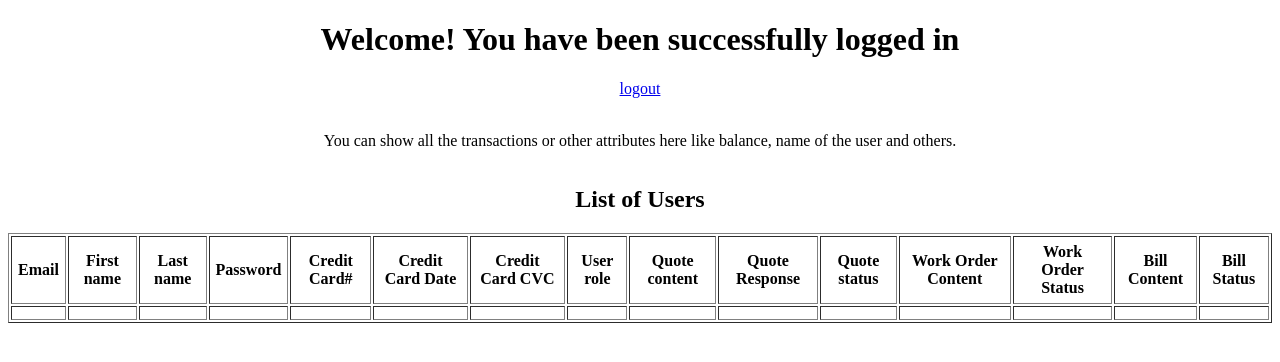
Repository: jacknishanian/Database-project
Page: http://localhost/database/activitypage.jsp
An editor plug-in stored every save of this project. The page is shown before and after the next save, followed by the edit.
The browser window is 1280 px wide. The pictures show the whole page.
The page is served by Tomcat 9. Other server files are loaded and not shown.

Above is the page before, as saved 2023-10-18 02:15:05.

### database/WebContent/activitypage.jsp
<%@ page language="java" contentType="text/html; charset=ISO-8859-1"
    pageEncoding="ISO-8859-1"%>
<%@ taglib uri="http://java.sun.com/jsp/jstl/core" prefix="c" %>

<!DOCTYPE html>
<html>
<head>
<meta charset="ISO-8859-1">
<title>Activity page</title>
</head>

<center><h1>Welcome! You have been successfully logged in</h1> </center>


	<body>
	 <center>
		 <a href="login.jsp"target ="_self" > logout</a><br><br>
		 <p> You can show all the transactions or other attributes here like balance, name of the user and others.</p>


		 <table border="1" cellpadding="6">
            <caption><h2>List of Users</h2></caption>
            <tr>
                <th>Email</th>
                <th>First name</th>
                <th>Last name</th>
                <th>Password</th>
                <th>Credit Card#</th>
                <th>Credit Card Date</th>
                <th>Credit Card CVC</th>
                <th>User role</th>
                <th>Quote content</th>
                <th>Quote Response</th>
                <th>Quote status</th>
                <th>Work Order Content</th>
                <th>Work Order Status</th>
                <th>Bill Content</th>
                <th>Bill Status</th>

            </tr>

                <tr style="text-align:center">
                    <td><c:out value="${user.email}" /></td>
                    <td><c:out value="${user.firstName}" /></td>
                    <td><c:out value="${user.lastName}" /></td>
                    <td><c:out value="${user.password}" /></td>
                    <td><c:out value="${user.card_num}" /></td>
                    <td><c:out value="${user.card_date}" /></td>
                    <td><c:out value="${user.card_cvc}" /></td>
                    <td><c:out value="${user.role}" /></td>
                    <td><c:out value="${user.quotes_content}" /></td>
                    <td><c:out value="${user.quotes_response}"/></td>
                    <td><c:out value="${user.quotes_status}" /></td>
                    <td><c:out value="${user.work_order_content}" /></td>
                    <td><c:out value="${user.work_order_status}" /></td>
                    <td><c:out value="${user.bill_of_work_content}"/></td>
                    <td><c:out value="${user.bill_of_work_status}" /></td>


        </table>

		 </center>
	</body>
</html>

After the next save:
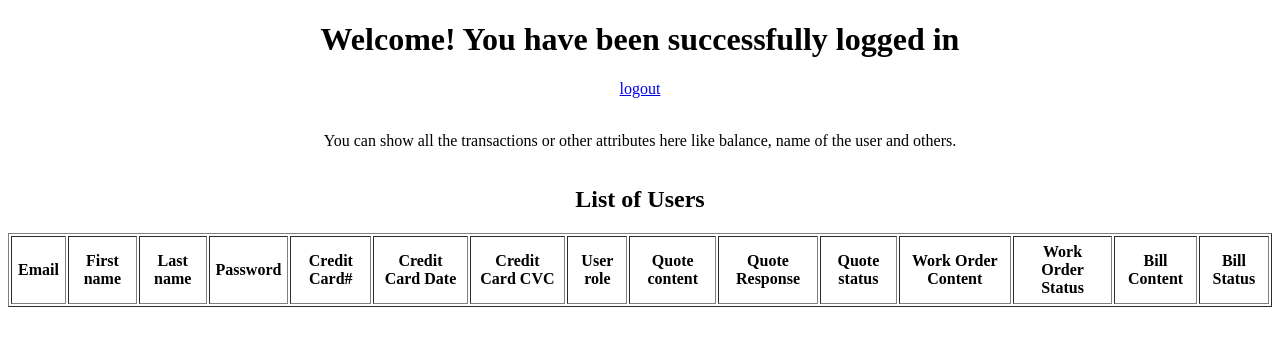
Saved 2 min 5 s later.
--- a/database/WebContent/activitypage.jsp
+++ b/database/WebContent/activitypage.jsp
@@ -39,6 +39,7 @@
 
             </tr>
 
+                <c:forEach var="user" items="${listUser}">
                 <tr style="text-align:center">
                     <td><c:out value="${user.email}" /></td>
                     <td><c:out value="${user.firstName}" /></td>
@@ -56,6 +57,7 @@
                     <td><c:out value="${user.bill_of_work_content}"/></td>
                     <td><c:out value="${user.bill_of_work_status}" /></td>
 
+            </c:forEach>
 
         </table>
 

After the save that followed:
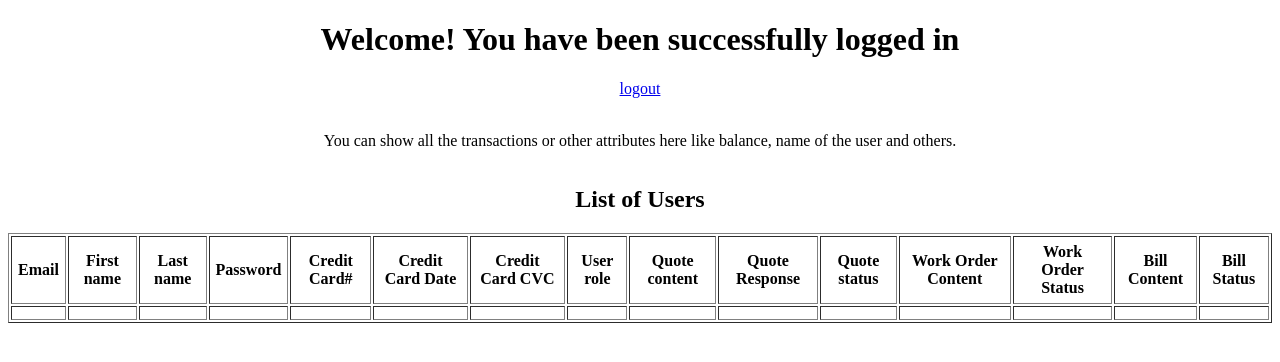
Saved 3 min 11 s later.
--- a/database/WebContent/activitypage.jsp
+++ b/database/WebContent/activitypage.jsp
@@ -38,7 +38,7 @@
                 <th>Bill Status</th>
 
             </tr>
-
+            <%--
                 <c:forEach var="user" items="${listUser}">
                 <tr style="text-align:center">
                     <td><c:out value="${user.email}" /></td>
@@ -58,7 +58,24 @@
                     <td><c:out value="${user.bill_of_work_status}" /></td>
 
             </c:forEach>
+            --%>
 
+            <tr style="text-align:center">
+                    <td><c:out value="${user.email}" /></td>
+                    <td><c:out value="${user.firstName}" /></td>
+                    <td><c:out value="${user.lastName}" /></td>
+                    <td><c:out value="${user.password}" /></td>
+                    <td><c:out value="${user.card_num}" /></td>
+                    <td><c:out value="${user.card_date}" /></td>
+                    <td><c:out value="${user.card_cvc}" /></td>
+                    <td><c:out value="${user.role}" /></td>
+                    <td><c:out value="${user.quotes_content}" /></td>
+                    <td><c:out value="${user.quotes_response}"/></td>
+                    <td><c:out value="${user.quotes_status}" /></td>
+                    <td><c:out value="${user.work_order_content}" /></td>
+                    <td><c:out value="${user.work_order_status}" /></td>
+                    <td><c:out value="${user.bill_of_work_content}"/></td>
+                    <td><c:out value="${user.bill_of_work_status}" /></td>
         </table>
 
 		 </center>
